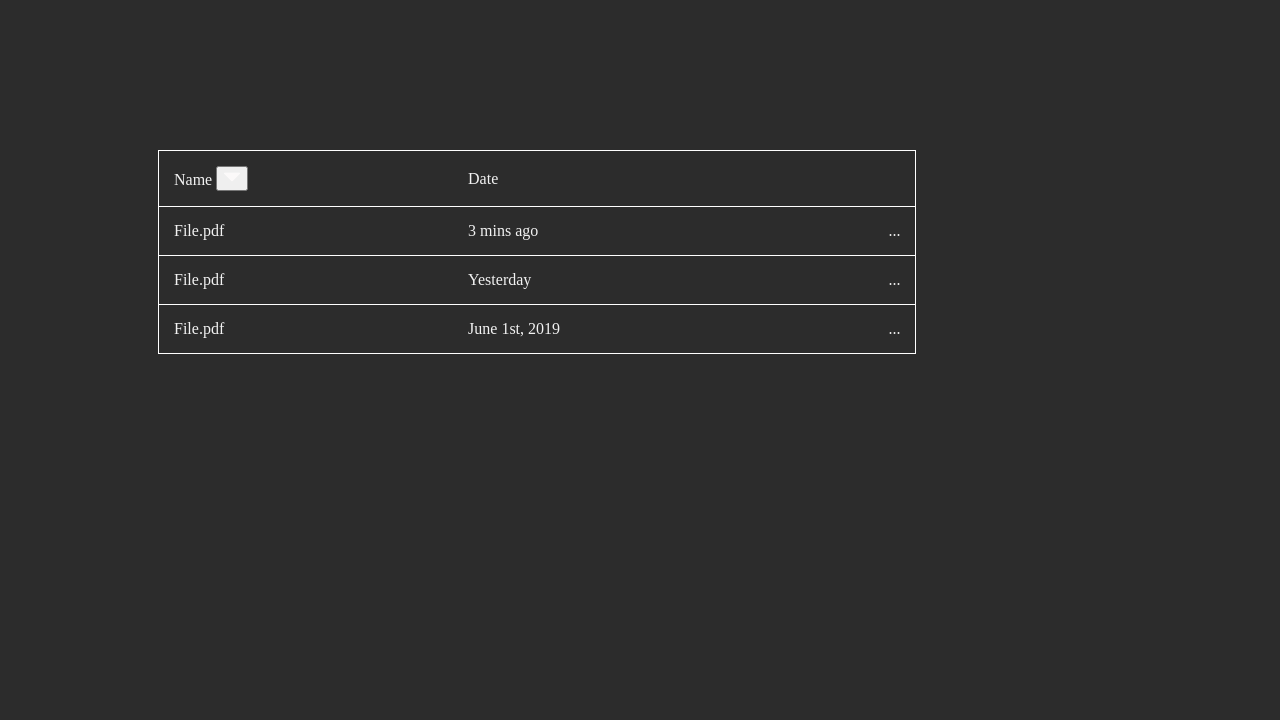
Repository: batonAnton/Hw5-table
Page: index.html
An editor plug-in stored every save of this project. The page is shown before and after the next save, followed by the edit.
The browser window is 1280 px wide. The pictures show the whole page.

Above is the page before, as saved 2022-06-13 18:43:19.

### index.html
<!DOCTYPE html>
<html lang="en">
<head>
    <meta charset="UTF-8">
    <meta http-equiv="X-UA-Compatible" content="IE=edge">
    <meta name="viewport" content="width=device-width, initial-scale=1.0">
    <title>Lecture 5</title>
    <link rel="stylesheet" href="css/style.css">
</head>
<body>
    <table>
        <tr>
            <td>Name <button><img src="image/down-filled-triangular-arrow.png" alt="down-filled-triangular-arrow"></button> </td>
            <td colspan="2">Date</td>
        </tr>

        <tr>
            <td>File.pdf</td>
            <td>3 mins ago</td>
            <td class="right-dot">...</td>
        </tr>

        <tr>
            <td>File.pdf</td>
            <td>Yesterday</td>
            <td class="right-dot">...</td>
        </tr>

        <tr>
            <td>File.pdf</td>
            <td>June 1st, 2019</td>
            <td class="right-dot">...</td>
        </tr>
    </table>
</body>
</html>

### css/style.css
body {
  background-color: rgb(44, 44, 44);
  color: rgb(242, 242, 242);
}

table{
    border: 1px solid #fff;
    margin: 150px;
    width: 60%;
    border-collapse: collapse;
  border-spacing: 0;
}

td{
    border-bottom: 1px solid #fff;
    padding: 15px;
}

.right-dot{
  text-align: right;
}

.button{
  background-color: rgb(44, 44, 44);
  border: none;
}

.gray-color{
  color:rgb(125,125,125);
}

After the next save:
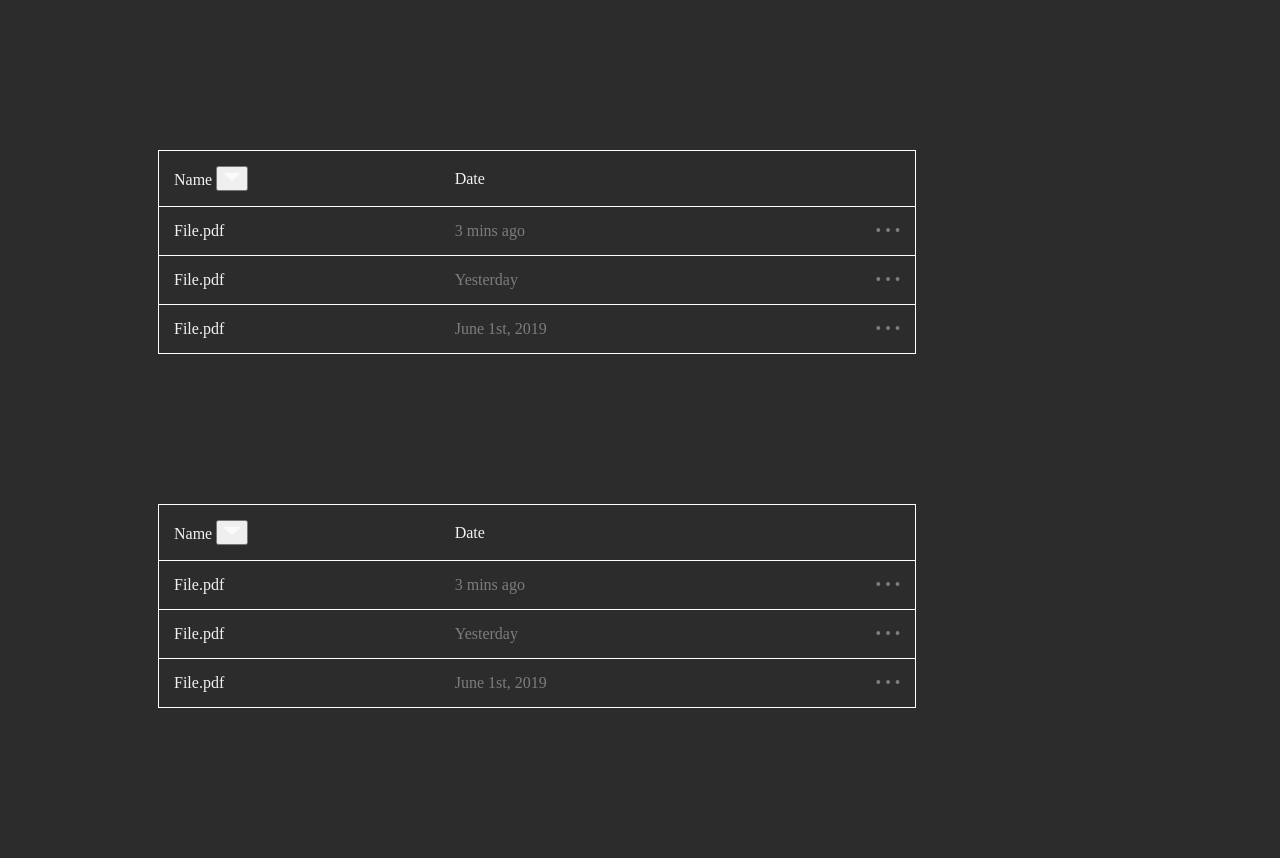
Saved 5 min 15 s later.
--- a/index.html
+++ b/index.html
@@ -16,20 +16,45 @@
 
         <tr>
             <td>File.pdf</td>
-            <td>3 mins ago</td>
-            <td class="right-dot">...</td>
+            <td class="gray-color">3 mins ago</td>
+            <td class="right-dot gray-color">&#x2022 &#x2022 &#x2022</td>
         </tr>
 
         <tr>
             <td>File.pdf</td>
-            <td>Yesterday</td>
-            <td class="right-dot">...</td>
+            <td class="gray-color">Yesterday</td>
+            <td class="right-dot gray-color">&#x2022 &#x2022 &#x2022</td>
         </tr>
 
         <tr>
             <td>File.pdf</td>
-            <td>June 1st, 2019</td>
-            <td class="right-dot">...</td>
+            <td class="gray-color">June 1st, 2019</td>
+            <td class="right-dot gray-color">&#x2022 &#x2022 &#x2022</td>
+        </tr>
+    </table>
+
+    <table>
+        <tr>
+            <td>Name <button><img src="image/down-filled-triangular-arrow.png" alt="down-filled-triangular-arrow"></button> </td>
+            <td colspan="2">Date</td>
+        </tr>
+
+        <tr>
+            <td>File.pdf</td>
+            <td class="gray-color">3 mins ago</td>
+            <td class="right-dot gray-color">&#x2022 &#x2022 &#x2022</td>
+        </tr>
+
+        <tr>
+            <td>File.pdf</td>
+            <td class="gray-color">Yesterday</td>
+            <td class="right-dot gray-color">&#x2022 &#x2022 &#x2022</td>
+        </tr>
+
+        <tr>
+            <td>File.pdf</td>
+            <td class="gray-color">June 1st, 2019</td>
+            <td class="right-dot gray-color">&#x2022 &#x2022 &#x2022</td>
         </tr>
     </table>
 </body>
